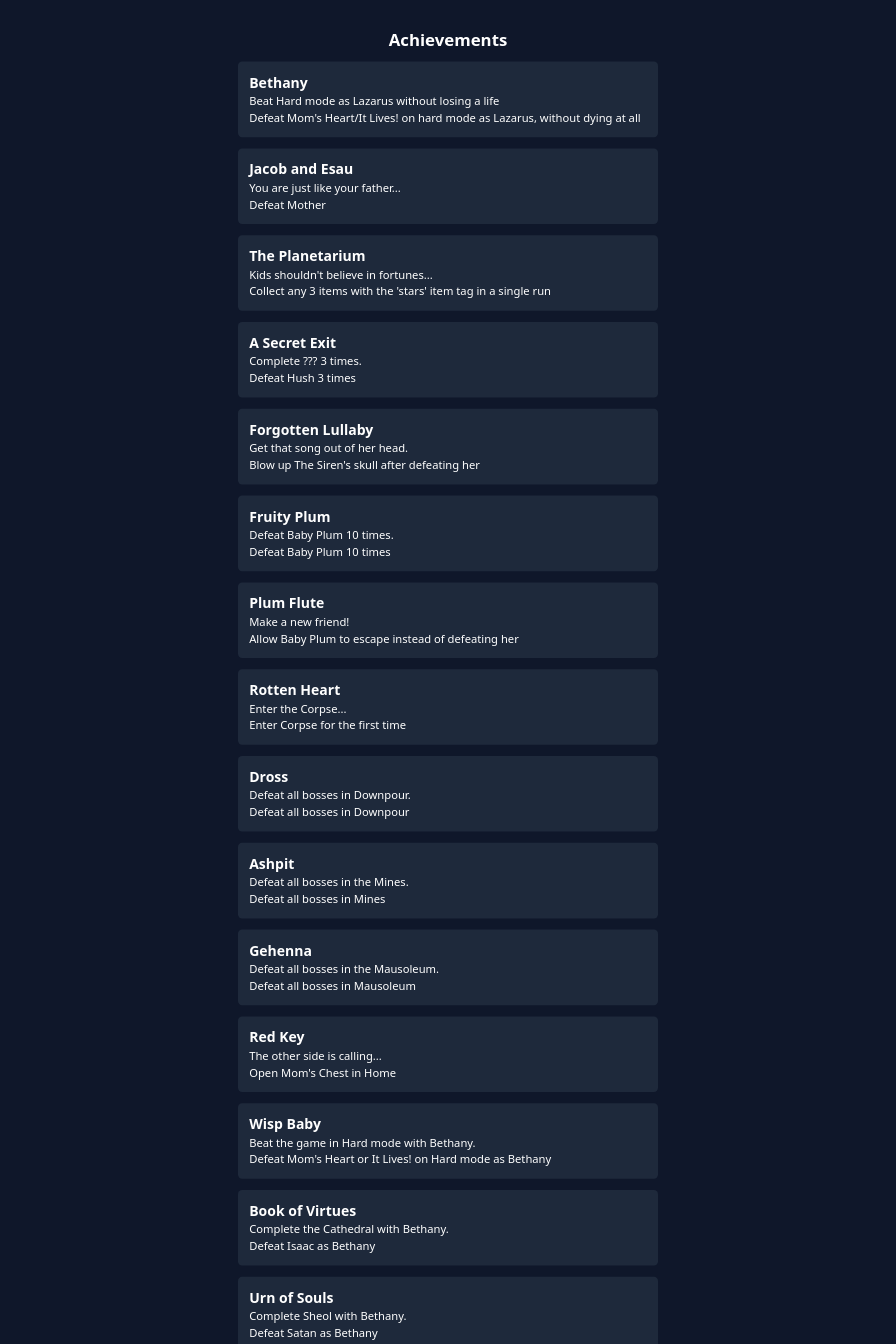
Repository: x9751/binding_of_issac_achivment_checklist
Page: /
An editor plug-in stored every save of this project. The page is shown before and after the next save, followed by the edit.
The browser window is 1280 px wide. The pictures show the part of the page from y = 0 to 1920 px (the page is 86348 px tall), at 70% of full size.
The project was rebuilt for these pictures with package versions that can differ from the ones it lists, and the page was loaded fresh each time. Also part of the build but not shown: vite.config.ts.

Above is the page before, as saved 2024-07-22 22:47:26.

After the next save:
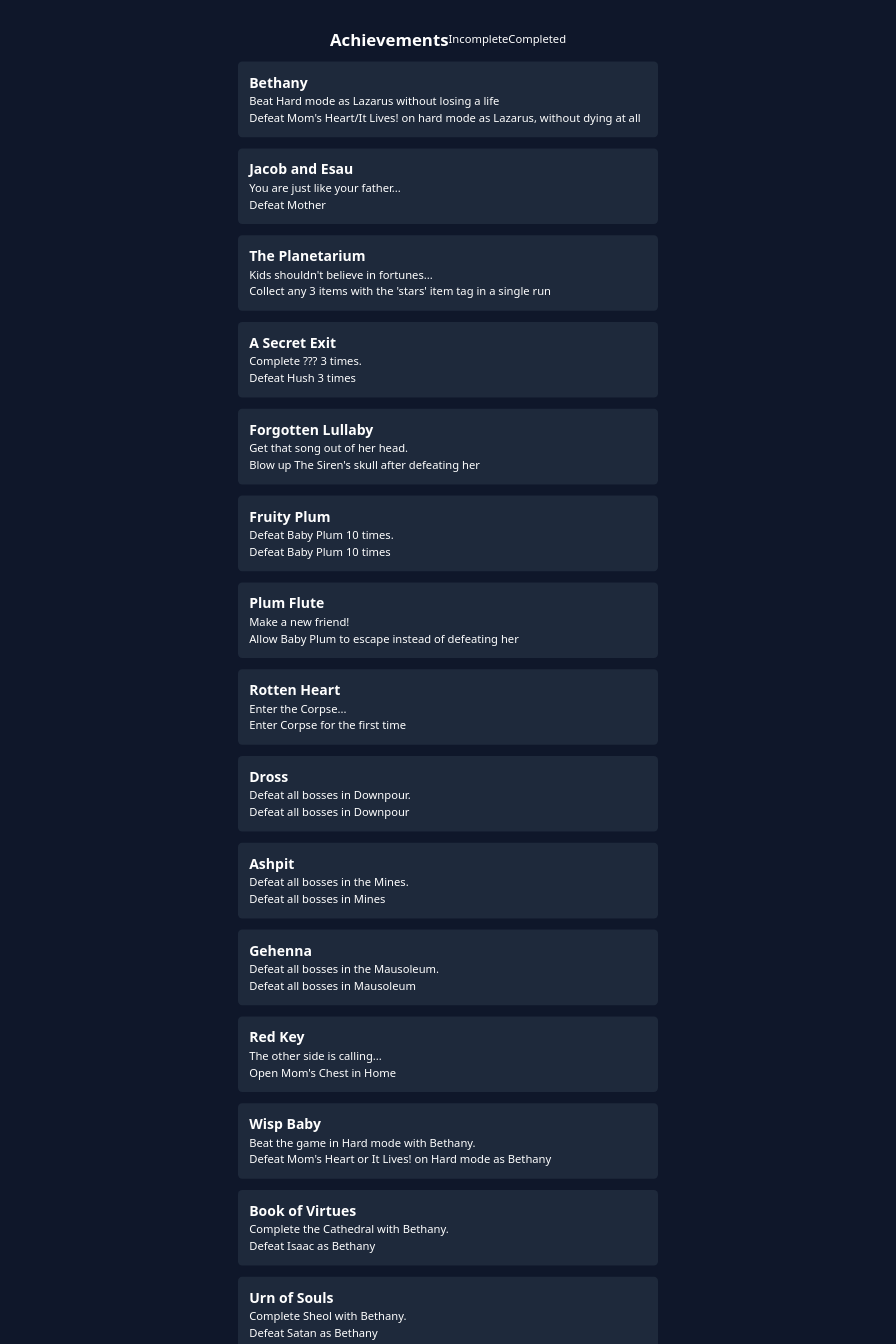
Saved 11 s later.
--- a/src/app.tsx
+++ b/src/app.tsx
@@ -23,6 +23,8 @@
 			<div className="container mx-auto px-4 sm:px-6 lg:px-8">
 				<div className="flex items-center justify-center mt-10">
 					<h1 className="text-2xl font-bold">Achievements</h1>
+          <button onClick={() => setIncompleteOpen(!incompleteOpen)}>Incomplete</button>
+          <button onClick={() => setCompletedOpen(!completedOpen)}>Completed</button>
 				</div>
 				<div className="flex flex-col gap-4 mt-4 max-w-[600px] mx-auto">
 					{incompleteOpen && incompleteAchievements.map((achievement: Achievement) => (

After the save that followed:
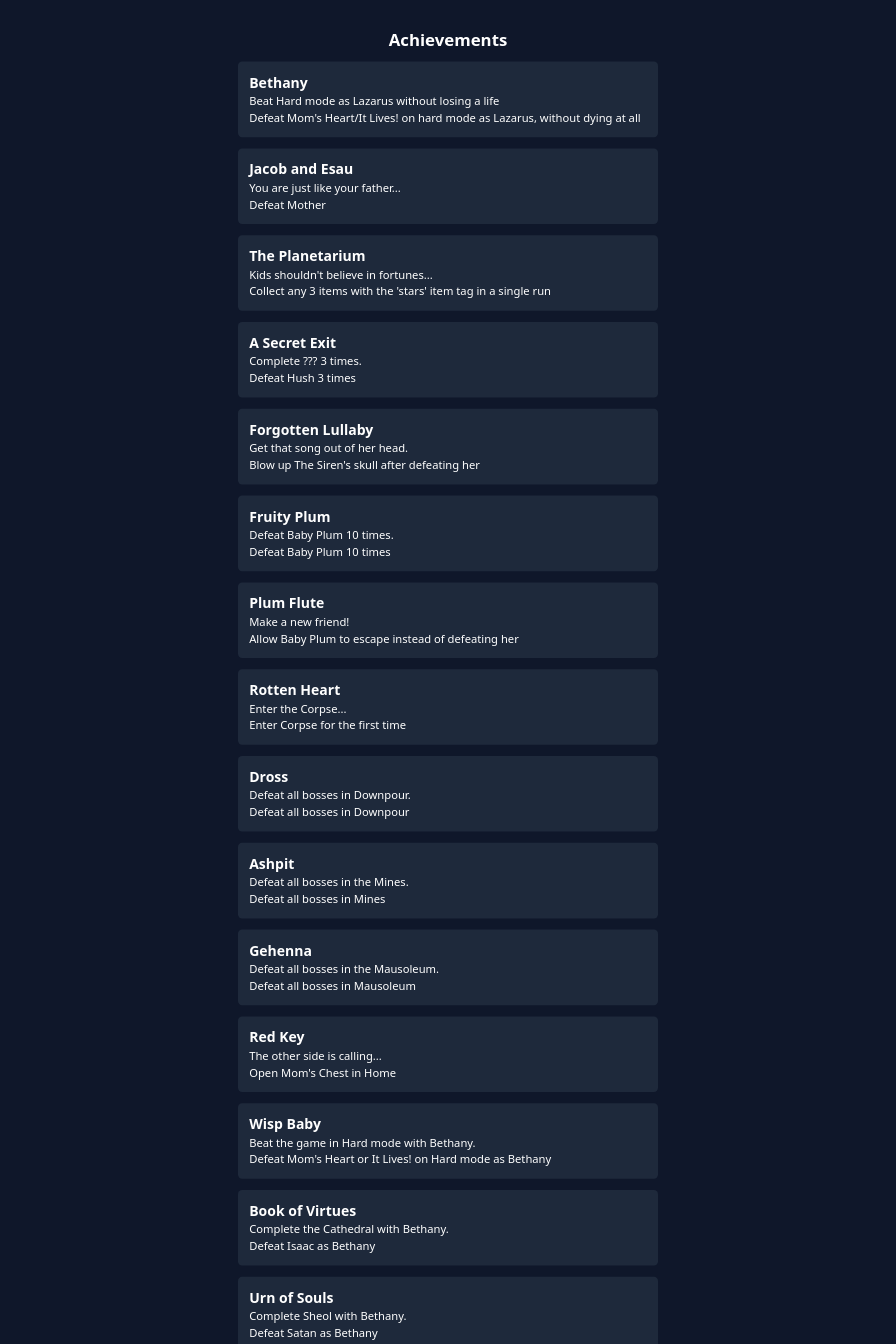
Saved 6 s later.
--- a/src/app.tsx
+++ b/src/app.tsx
@@ -23,8 +23,6 @@
 			<div className="container mx-auto px-4 sm:px-6 lg:px-8">
 				<div className="flex items-center justify-center mt-10">
 					<h1 className="text-2xl font-bold">Achievements</h1>
-          <button onClick={() => setIncompleteOpen(!incompleteOpen)}>Incomplete</button>
-          <button onClick={() => setCompletedOpen(!completedOpen)}>Completed</button>
 				</div>
 				<div className="flex flex-col gap-4 mt-4 max-w-[600px] mx-auto">
 					{incompleteOpen && incompleteAchievements.map((achievement: Achievement) => (
